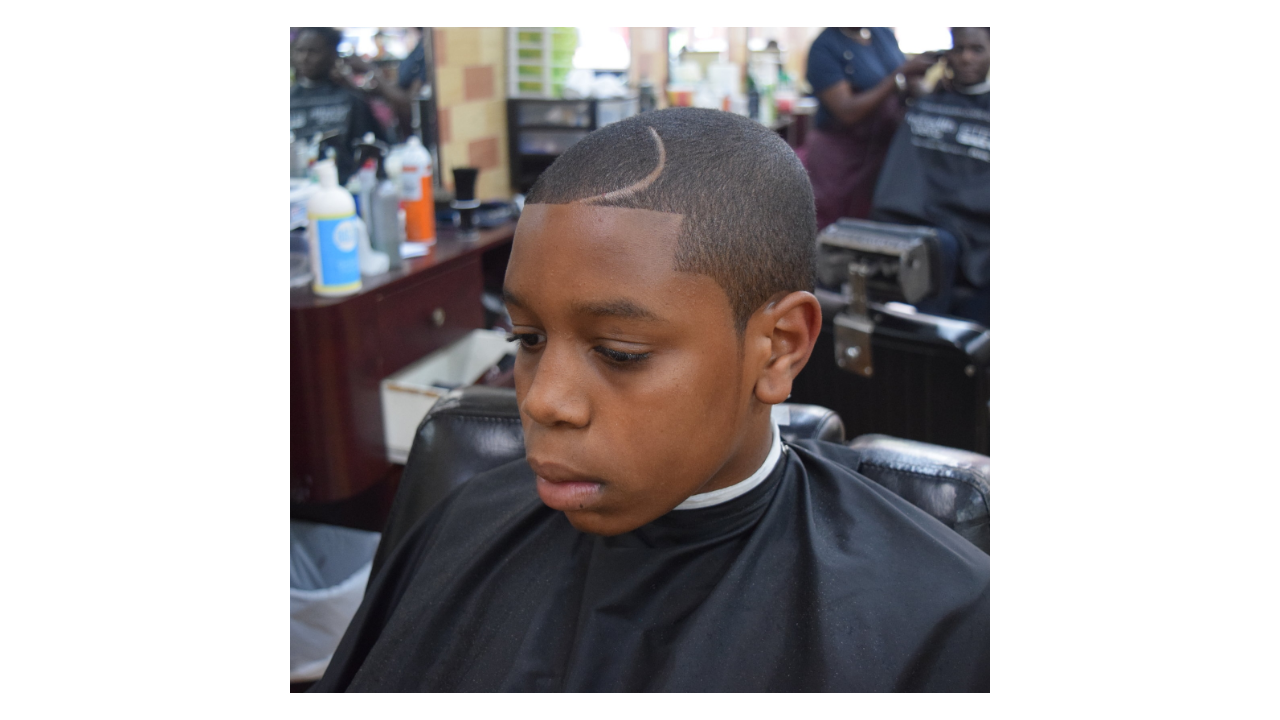
Repository: anderscederberg11/unhandledRuntimeError.json
Page: Henver/henver2.html
An editor plug-in stored every save of this project. The page is shown before and after the next save, followed by the edit.
The browser window is 1280 px wide. The pictures show the whole page.

Above is the page before, as saved 2024-05-24 18:22:11.

### Henver/henver2.html
<!DOCTYPE html>
<html lang="en">
<head>
    <meta charset="UTF-8">
    <meta name="viewport" content="width=device-width, initial-scale=1.0">
    <title>HaircutHenver</title>
    <link rel="stylesheet" href="henver2.css">
</head>
<body>
    <div class="haircutVro">
        <img class="haircutPic" src="/Henver/imgs/haircutbro.jpeg" alt="kid in barber chair">
    </div>

    <script>

    </script>
</body>
</html>

### Henver/henver2.css
body, html {
    height: 100%;
    margin: 0;
    display: flex;
    align-items: center;
    justify-content: center;
}

.haircutVro {
    display: flex;
    align-items: center;
    justify-content: center;
    width: 700px;
    height: 700px;
}

.haircutPic {
    max-width: 100%;
    max-height: 100%;
}

After the next save:
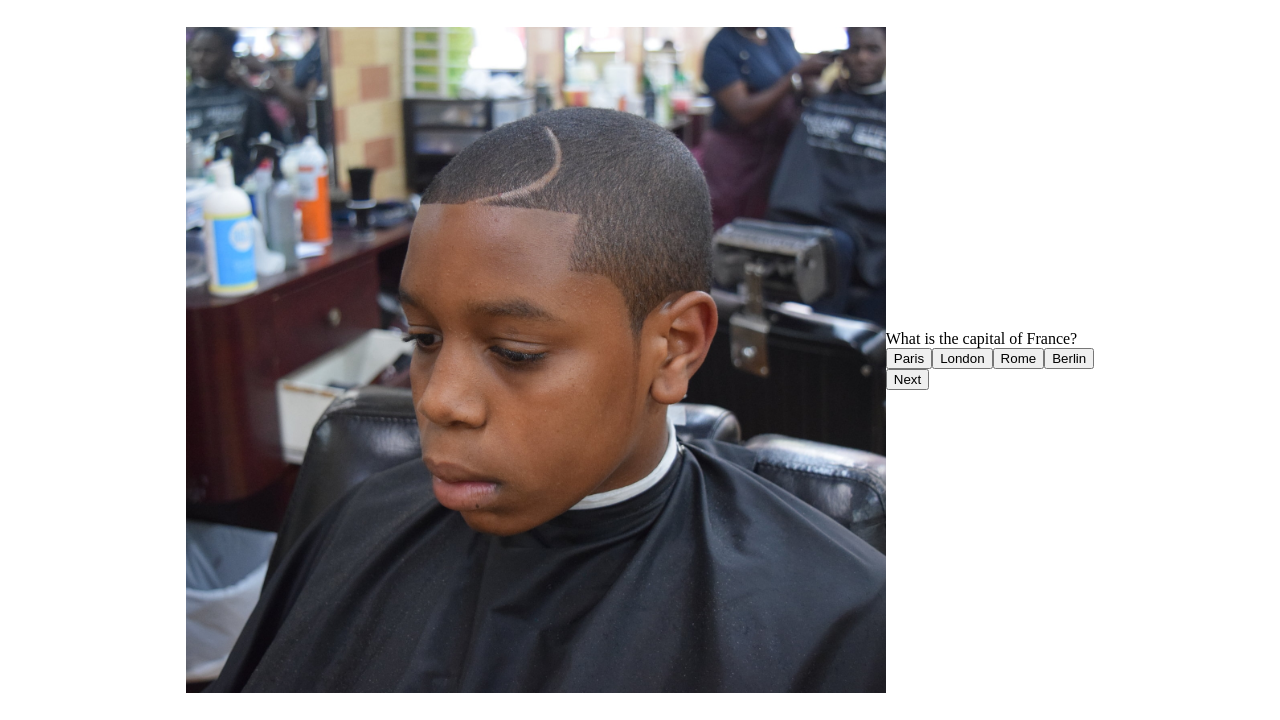
Saved 3 min 56 s later.
--- a/Henver/henver2.html
+++ b/Henver/henver2.html
@@ -10,9 +10,96 @@
     <div class="haircutVro">
         <img class="haircutPic" src="/Henver/imgs/haircutbro.jpeg" alt="kid in barber chair">
     </div>
+    <div class="quiz-container">
+        <div id="question"></div>
+        <div id="options"></div>
+        <button id="next-btn" onclick="nextQuestion()">Next</button>
+        <div id="progress"></div>
+        <button id="play-sound-btn" style="display: none;" onclick="playSound()">Play Sound</button>
+        <button id="redirect-btn" style="display: none;" onclick="redirect()">Redirect</button>
+    </div>
 
     <script>
+        const questions = [
+            {
+                question: "What is the capital of France?",
+                options: ["Paris", "London", "Rome", "Berlin"],
+                answer: "Paris"
+            },
+            {
+                question: "Which planet is known as the Red Planet?",
+                options: ["Jupiter", "Mars", "Saturn", "Neptune"],
+                answer: "Mars"
+            },
+            {
+                question: "What is the powerhouse of the cell?",
+                options: ["Mitochondria", "Nucleus", "Ribosome", "Endoplasmic reticulum"],
+                answer: "Mitochondria"
+            },
+            {
+                question: "What is the chemical symbol for water?",
+                options: ["H2O", "CO2", "O2", "NaCl"],
+                answer: "H2O"
+            },
+            {
+                question: "Who wrote 'To Kill a Mockingbird'?",
+                options: ["Harper Lee", "Mark Twain", "J.K. Rowling", "Ernest Hemingway"],
+                answer: "Harper Lee"
+            }
+        ];
 
+        let currentQuestion = 0;
+        const progress = document.getElementById("progress");
+        const questionDiv = document.getElementById("question");
+        const optionsDiv = document.getElementById("options");
+
+        function loadQuestion() {
+            const q = questions[currentQuestion];
+            questionDiv.textContent = q.question;
+            optionsDiv.innerHTML = "";
+            q.options.forEach((opt) => {
+                const btn = document.createElement("button");
+                btn.textContent = opt;
+                btn.onclick = () => checkAnswer(opt);
+                optionsDiv.appendChild(btn);
+            });
+            updateProgress();
+        }
+
+        function checkAnswer(selectedOption) {
+            if (selectedOption === questions[currentQuestion].answer) {
+                if (currentQuestion === questions.length - 1) {
+                    document.getElementById("play-sound-btn").style.display = "inline-block";
+                    document.getElementById("redirect-btn").style.display = "inline-block";
+                }
+                currentQuestion++;
+                loadQuestion();
+            }
+        }
+
+        function nextQuestion() {
+            if (currentQuestion < questions.length - 1) {
+                currentQuestion++;
+                loadQuestion();
+            }
+        }
+
+        function updateProgress() {
+            const percent = ((currentQuestion + 1) / questions.length) * 100;
+            progress.style.width = percent + "%";
+        }
+
+        function playSound() {
+            // Add code to play sound here
+            alert("Sound will be played here.");
+        }
+
+        function redirect() {
+            // Add code to redirect to another page here
+            alert("Redirecting to another page...");
+        }
+
+        loadQuestion();
     </script>
 </body>
 </html>
